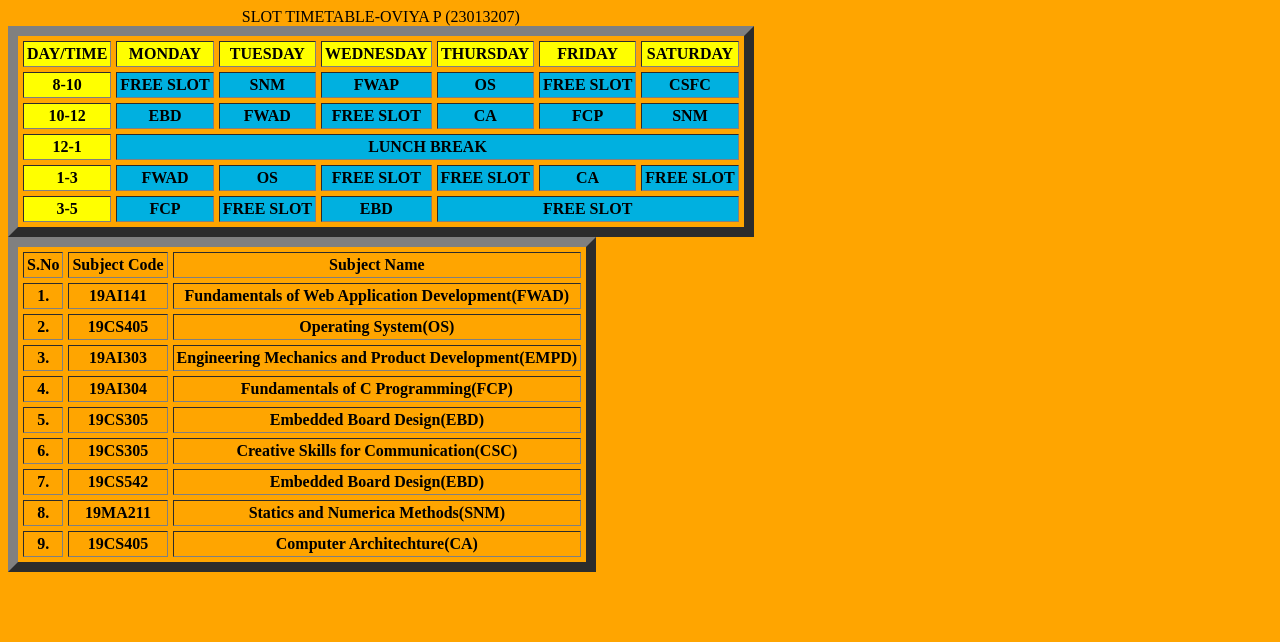
Repository: Oviya24032K6/slot
Page: oviya/static/time.html
The author's editor kept a copy of each file at every save. The page is drawn from the files as they stood at one save, then again after the next save.
The browser window is 1280 px wide. The pictures show the whole page.

Above is the page before, as saved 2024-03-13 20:59:41.

### oviya/static/time.html
<html>
    <head>
        <title>SLOT TIMETABLE-OVIYA P (23013207)</title>
    </head>
    <body bgcolor="orange" align="center" >
    <table align="left" border="10" cellspacing="5" cellpadding="3">
    <caption>SLOT TIMETABLE-OVIYA P (23013207)</caption>
        <tr>
            <th bgcolor="yellow">DAY/TIME</th>
            <th bgcolor="yellow">MONDAY</th>
            <th bgcolor="yellow">TUESDAY</th>
            <th bgcolor="yellow">WEDNESDAY</th>
            <th bgcolor="yellow">THURSDAY</th>
            <th bgcolor="yellow">FRIDAY</th>
            <th bgcolor="yellow">SATURDAY</th>
        </tr>
        <tr>
            <th bgcolor="yellow">8-10</th>
            <th bgcolor="sky blue">FREE SLOT</th>
            <th bgcolor="sky blue">SNM</th>
            <th bgcolor="sky blue">FWAP</th>
            <th bgcolor="sky blue">OS</th>
            <th bgcolor="sky blue">FREE SLOT</th>
            <th bgcolor="sky blue">CSFC</th>
        </tr>
        <tr>
            <th bgcolor="yellow">10-12</th>
            <th bgcolor="sky blue">EBD</th>
            <th bgcolor="sky blue">FWAD</th>
            <th bgcolor="sky blue">FREE SLOT</th>
            <th bgcolor="sky blue">CA</th>
            <th bgcolor="sky blue">FCP</th>
            <th bgcolor="sky blue">SNM</th>
        </tr>
        <tr>
            <th bgcolor="yellow">12-1</th>
            <th bgcolor="sky blue" colspan="6">LUNCH BREAK</th>
        </tr>
        <tr>
            <th bgcolor="yellow">1-3</th>
            <th bgcolor="sky blue">FWAD</th>
            <th bgcolor="sky blue">OS</th>
            <th bgcolor="sky blue">FREE SLOT</th>
            <th bgcolor="sky blue">FREE SLOT</th>
            <th bgcolor="sky blue">CA</th>
            <th bgcolor="sky blue">FREE SLOT</th>
        </tr>
        <tr>
            <th bgcolor="yellow">3-5</th>
            <th bgcolor="sky blue">FCP</th>
            <th bgcolor="sky blue">FREE SLOT</th>
            <th bgcolor="sky blue">EBD</th>
            <th bgcolor="sky blue" colspan="4">FREE SLOT</th>
        </tr>

    </table>
        <br>
        <br>
    <table align="left" border="10" cellspacing="5" cellpadding="3">
        <tr>
            <th>S.No</th>
            <th>Subject Code</th>
            <th>Subject Name</th>
        </tr>
        <tr>
            <th>1.</th>
            <th>19AI141</th>
            <th>Fundamentals of Web Application Development(FWAD)</th>
        </tr>
        <tr>
            <th>2.</th>
            <th>19CS405</th>
            <th>Operating System(OS)</th>
        </tr>
        <tr>
            <th>3.</th>
            <th>19AI303</th>
            <th>Engineering Mechanics and Product Development(EMPD)</th>
        </tr>
        <tr>
            <th>4.</th>
            <th>19AI304</th>
            <th>Fundamentals of C Programming(FCP)</th>
        </tr>
        <tr>
            <th>5.</th>
            <th>19CS305</th>
            <th>Embedded Board Design(EBD)</th>
        </tr>
        <tr>
            <th>6.</th>
            <th>19CS305</th>
            <th>Creative Skills for Communication(CSC)</th>
        </tr>
        <tr>
            <th>7.</th>
            <th>19CS542</th>
            <th>Embedded Board Design(EBD)</th>
        </tr>
        <tr>
            <th>8.</th>
            <th>19MA211</th>
            <th>Statics and Numerica Methods(SNM)</th>
        </tr>
        <tr>
            <th>9.</th>
            <th>19CS405</th>
            <th>Computer Architechture(CA)</th>
        </tr>
    </table>
</body>
</html>
</html>

After the next save:
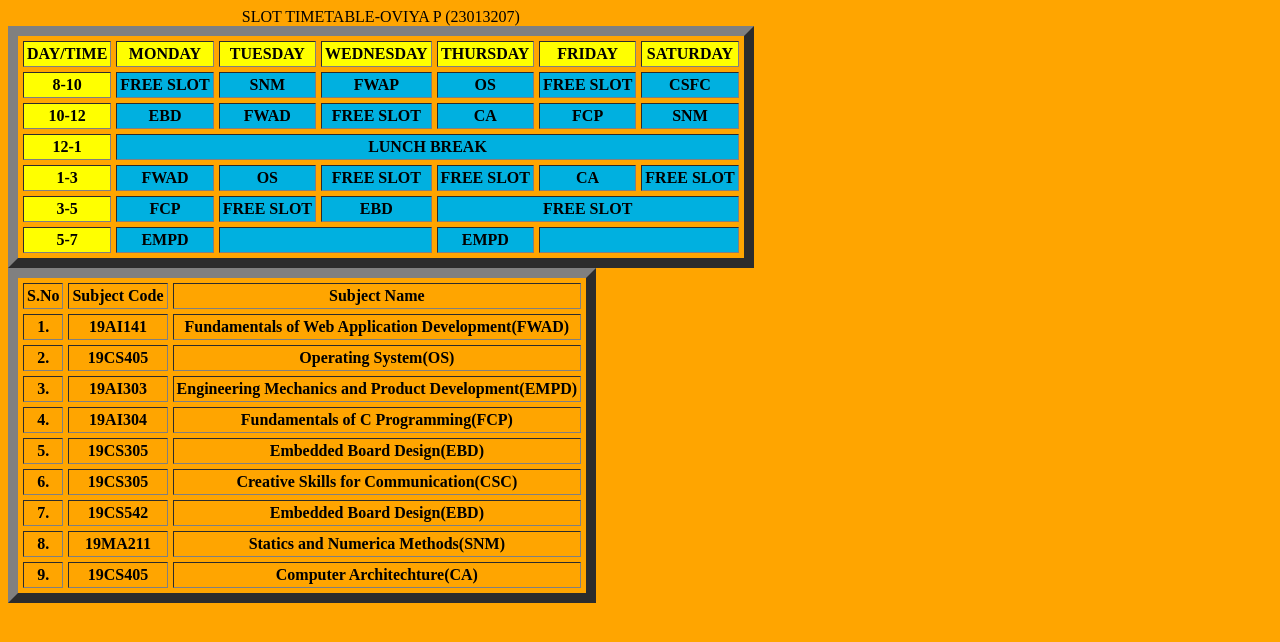
Saved 2 min 10 s later.
--- a/oviya/static/time.html
+++ b/oviya/static/time.html
@@ -51,6 +51,14 @@
             <th bgcolor="sky blue">FREE SLOT</th>
             <th bgcolor="sky blue">EBD</th>
             <th bgcolor="sky blue" colspan="4">FREE SLOT</th>
+        </tr>
+        <tr>
+            <th bgcolor="yellow">5-7</th>
+            <th bgcolor="sky blue" >EMPD</th>
+            <th bgcolor="sky blue" colspan="2"></th>
+            <th bgcolor="sky blue" >EMPD</th>
+            <th bgcolor="sky blue" colspan="2"></th>
+
         </tr>
 
     </table>
